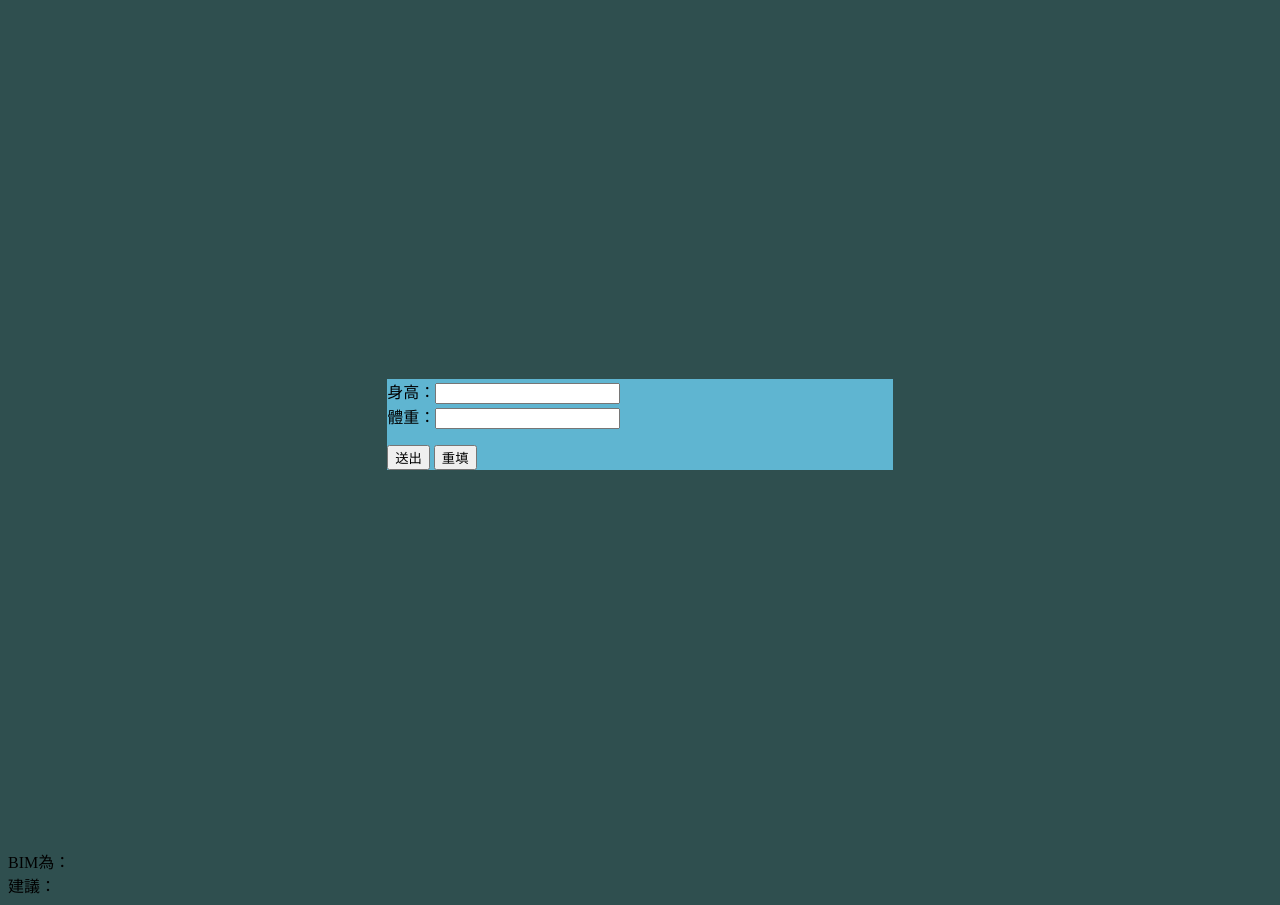
Repository: Digi-Duck/cybercube
Page: 12- 張雅婷/1117-bmi.html
These files come from the project's save history. The page is drawn as it stood at one moment and after the next save; the edit follows.
The browser window is 1280 px wide. The pictures show the whole page.

Above is the page before, as saved 2022-11-24 13:48:34.

### 12- 張雅婷/1117-bmi.html
<!DOCTYPE html>
<html lang="en">

<head>
    <meta charset="UTF-8">
    <meta http-equiv="X-UA-Compatible" content="IE=edge">
    <meta name="viewport" content="width=device-width, initial-scale=1.0">
    <title>Document</title>
    <link rel="stylesheet" href="bmi.css">
</head>

<body>
    <!DOCTYPE html>
<html lang="en">

<head>
    <meta charset="UTF-8">
    <meta http-equiv="X-UA-Compatible" content="IE=edge">
    <meta name="viewport" content="width=device-width, initial-scale=1.0">
    <title>Document</title>
</head>

<body>
    <div class="bmi_input">
        <div class="input">
            身高：<input type="text" id="height" >
        </div>
        <div class="input">
            體重：<input type="text" id="weight">
       <p></p>
            <div class="btns">
                <button id="cal" >送出</button>
                <button type="reset">重填</button>
            </div>
        </div>
    </div>
    <div class="bmi_output act">
        <div id="bmi_num">BIM為：</div>
        <div id="bmi_tips">建議：</div>
    </div>

</body>
<!-- <div class="input">
        身高：<input type="text" id="tell" >
        體重：<input type="text" id="heavy">
   <p></p>
        <div class="btns">
            <input name="" value="送出"></input>
            <button type="reset">重填</button>
        </div>
    </div>
</div>
<div class="bmi">
    <div id="bminum">BIM為：</div>
    <div id="bmitips">建議：</div>
</div> -->

    <!-- <script type="text/javascript">
        function () {
            var tall = document.querySelector('.cm');
            var heavy = document.querySelector('.kg');
            var bmi = ;

        }
        function bmi(tall, heavy) {
            var bmi = (heavy % (tall * tall))
        }
        if((tall!="")&(heavy!="")){
            bmi.style.display="block";

        } -->


</html>

### 12- 張雅婷/bmi.css
.bmi_input{
    margin: 30%;
    align-items: center;
    background-color: #5fb5d1;
    color: black;
}

.bmi_output.act{
    opacity:1;
}
body{
    background-color: darkslategray;
}

After the next save:
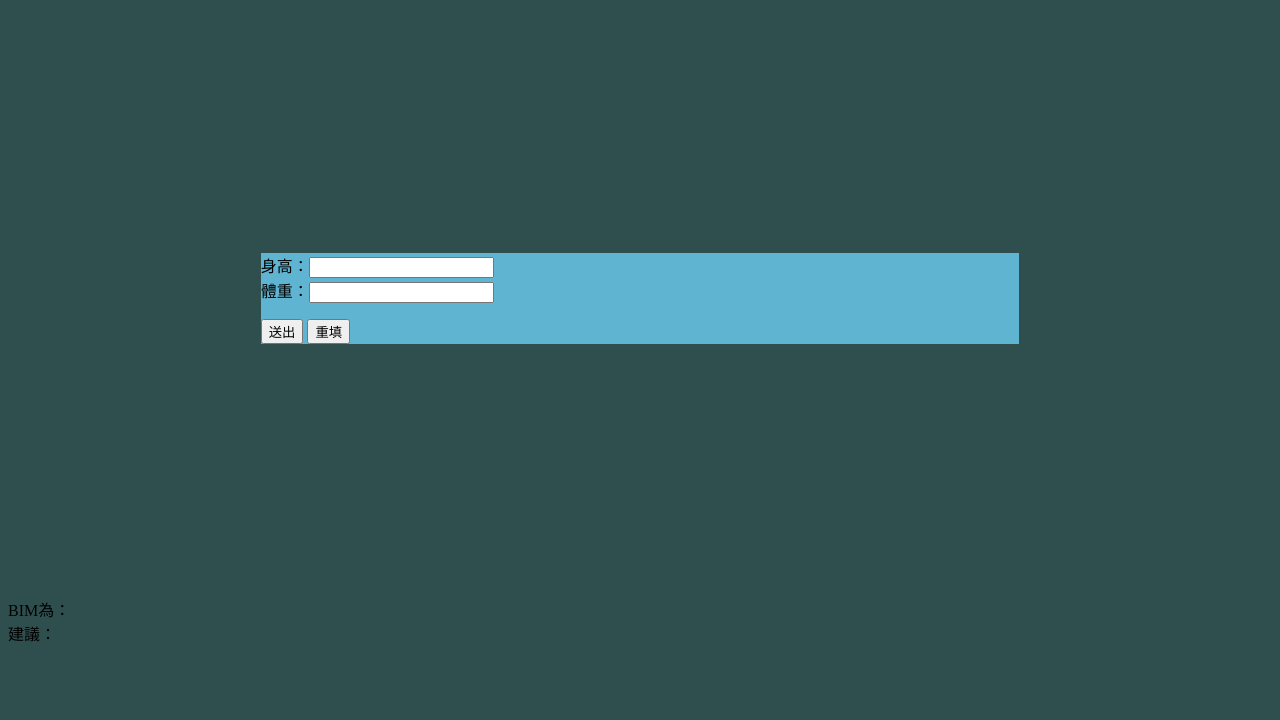
Saved 12 s later.
--- a/12- 張雅婷/bmi.css
+++ b/12- 張雅婷/bmi.css
@@ -1,5 +1,5 @@
 .bmi_input{
-    margin: 30%;
+    margin: 20%;
     align-items: center;
     background-color: #5fb5d1;
     color: black;
